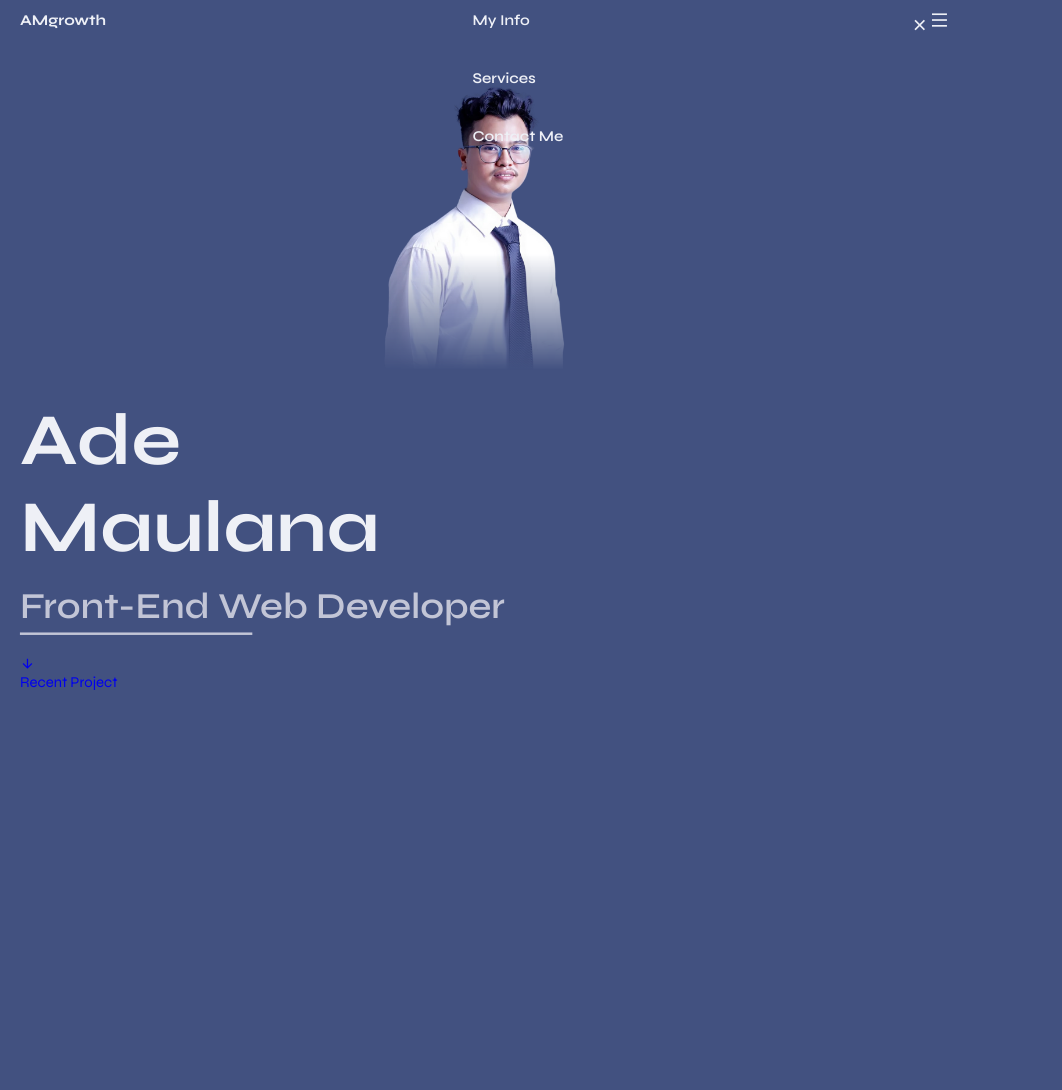
Repository: Ademaulana100499/portofolio
Page: index.html
The author's editor kept a copy of each file at every save. The page is drawn from the files as they stood at one save, then again after the next save.
The browser window is 1280 px wide. The pictures show the whole page, at 83% of full size.
Some web fonts or font styles are not loaded; a fallback is used.

Above is the page before, as saved 2024-11-28 17:10:40.

After the next save:
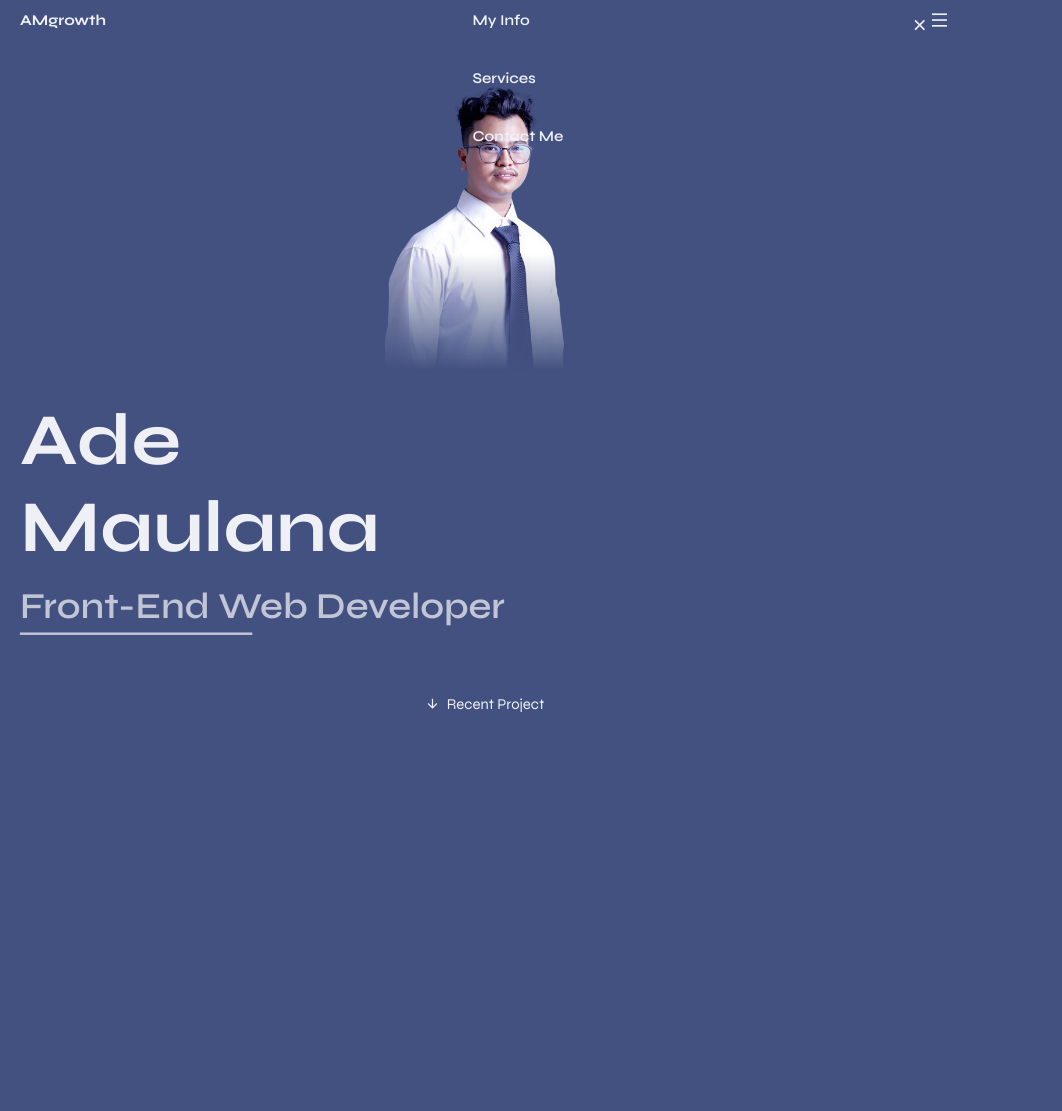
Saved 25 min 50 s later.
--- a/assets/css/style.css
+++ b/assets/css/style.css
@@ -242,3 +242,11 @@ main {
   height: 3px;
   background-color: var(--text-color);
 }
+.home__scroll {
+  color: var(--title-color);
+  display: inline-flex;
+  align-items: center;
+  column-gap: 0.5rem;
+  justify-self: center;
+  margin-top: 3rem;
+}
